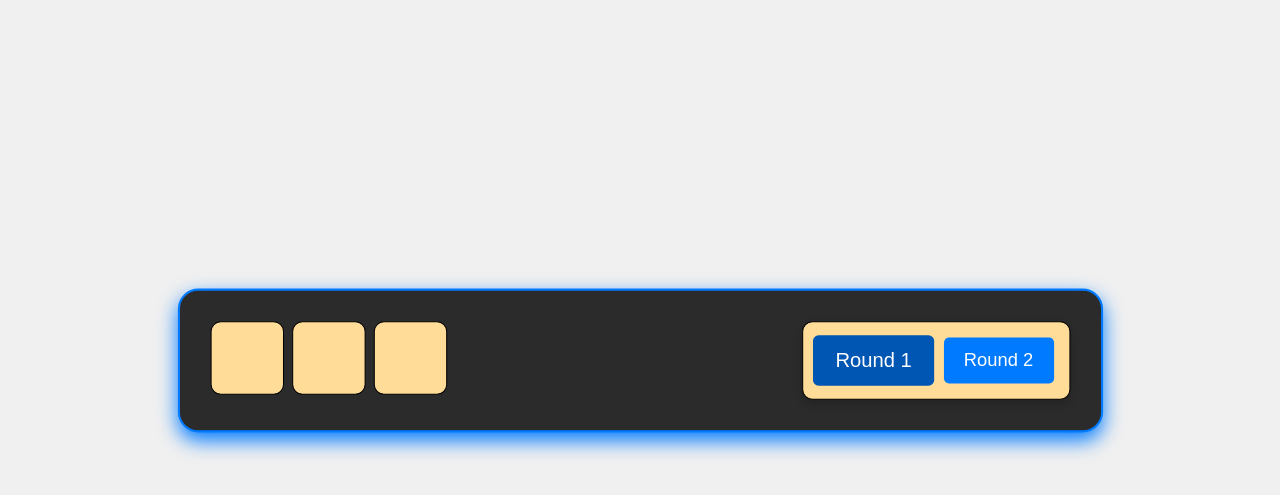
Repository: radisyah/THE_BRAIN_STORM
Page: Broken Link.html
These files come from the project's save history. The page is drawn as it stood at one moment and after the next save; the edit follows.
The browser window is 1280 px wide. The pictures show the whole page.
The pointer rests on the first visible `button`.

Above is the page before, as saved 2024-11-11 11:15:17.

After the next save:
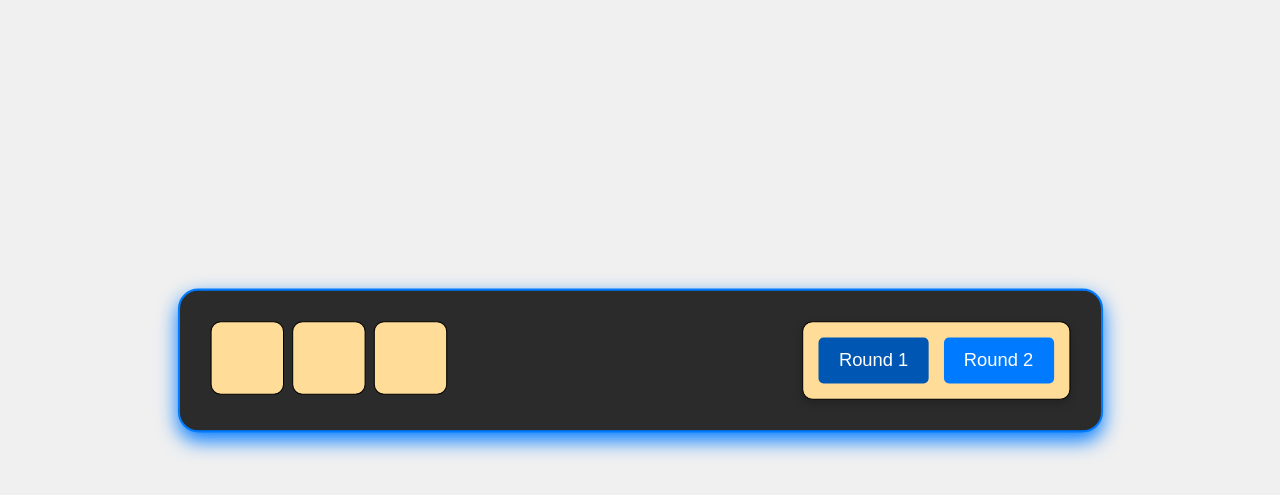
Saved 15 s later.
--- a/Broken Link.html
+++ b/Broken Link.html
@@ -96,8 +96,6 @@
         }
 
         button:hover {
-            transform: scale(1.10);
-
             background-color: #0056b3;
         }
 
